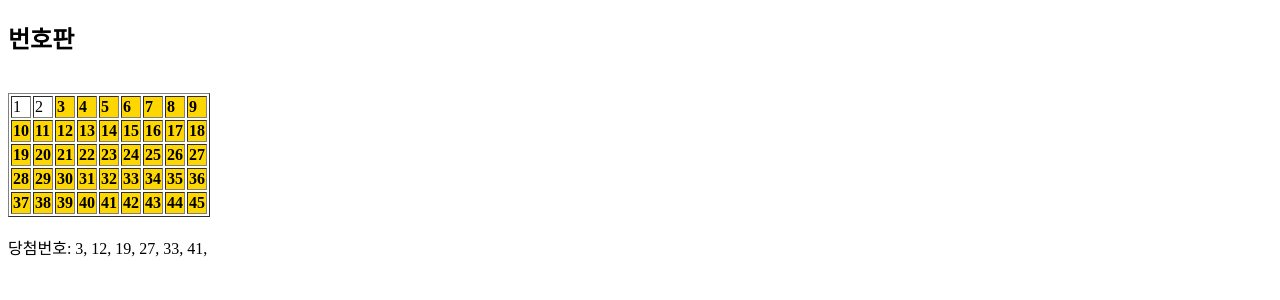
Repository: lhk21go-commits/Jsp2026
Page: http://localhost/chapter01/example_lotto.jsp
An editor plug-in stored every save of this project. The page is shown before and after the next save, followed by the edit.
The browser window is 1280 px wide. The pictures show the whole page.
The page is served by Tomcat 9.

Above is the page before, as saved 2026-10-16 07:53:41.

After the next save:
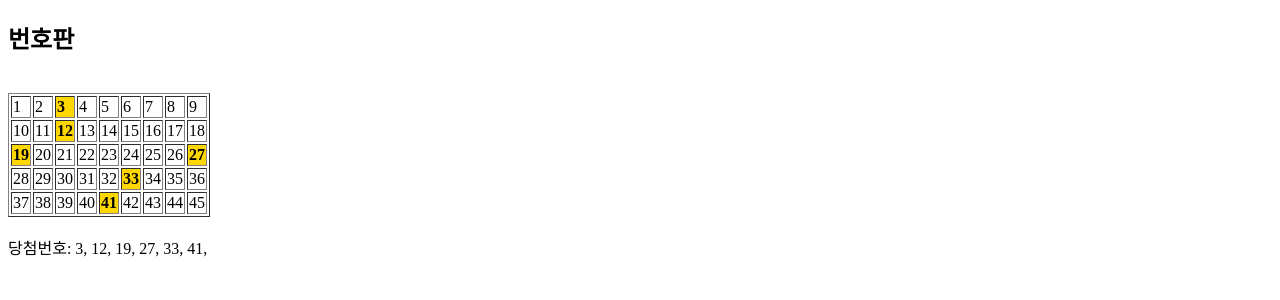
Saved 85 s later.
--- a/chapter01/src/main/webapp/example_lotto.jsp
+++ b/chapter01/src/main/webapp/example_lotto.jsp
@@ -12,8 +12,9 @@
 	<br/>
 	<%! int count = 1;
 		int[] winNums = {3,12,19,27,33,41};
+		public boolean isWinning(int num){
 		boolean result = false;
-		public boolean isWinning(int num){
+
 			for(int i=0;i<winNums.length; i++){
 				if(winNums[i] == num){
 					result = true;
